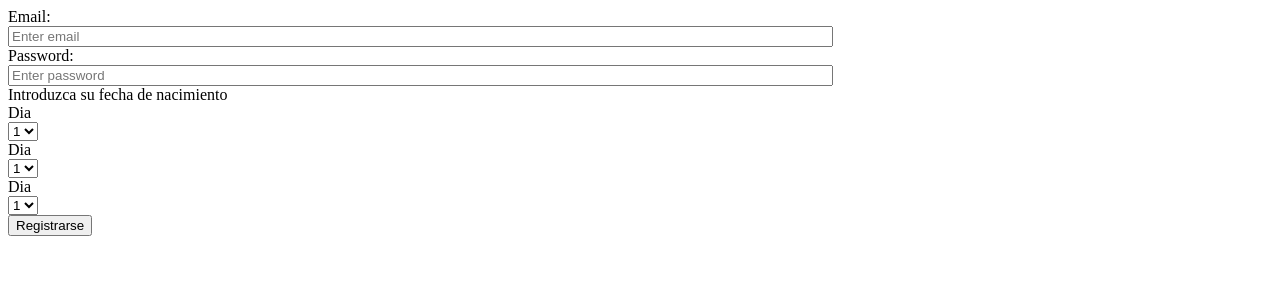
Repository: Adriansen8/GamerArts
Page: http://localhost/html/registro.php
The author's editor kept a copy of each file at every save. The page is drawn from the files as they stood at one save, then again after the next save.
The browser window is 1280 px wide. The pictures show the whole page.
The page is run by PHP 8.4 with error messages shown; the project is at /var/www/html/.

Above is the page before, as saved 2016-03-22 11:31:32.

After the next save:
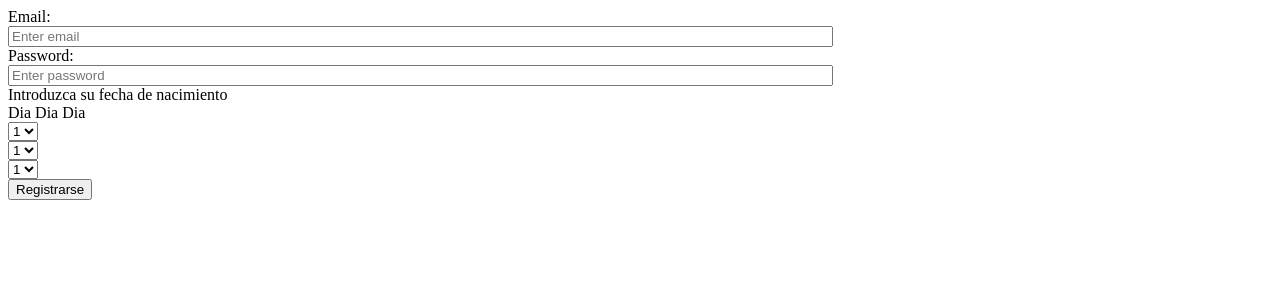
Saved 6 min 36 s later.
--- a/Proyecto/html/registro.php
+++ b/Proyecto/html/registro.php
@@ -23,7 +23,11 @@
         <label class="control-label col-sm-4">Introduzca su fecha de nacimiento</label>
       </div>
       <div class="form-group">
-	      <label class="control-label col-sm-2" for="sel1">Dia</label>
+	      <label class="modificacion-formulario control-label col-sm-2" for="sel1">Dia</label>
+	       <label class="modificacion-formulario control-label col-sm-1" for="sel1">Dia</label>
+	      <label class="modificacion-formulario control-label col-sm-1" for="sel1">Dia</label>
+	   </div>
+	   <div class="form-group">
 	      <div class="col-sm-1">
 	      <select class="form-control" id="sel1">
 	        <option>1</option>
@@ -32,7 +36,7 @@
 	        <option>4</option>
 	      </select>
 	      </div>
-	      <label class="control-label col-sm-1" for="sel1">Dia</label>
+
 	      <div class="col-sm-1">
 	      <select class="form-control" id="sel1">
 	        <option>1</option>
@@ -41,7 +45,7 @@
 	        <option>4</option>
 	      </select>
 	      </div>
-	      <label class="control-label col-sm-1" for="sel1">Dia</label>
+
 	      <div class="col-sm-1">
 	      <select class="form-control" id="sel1">
 	        <option>1</option>
